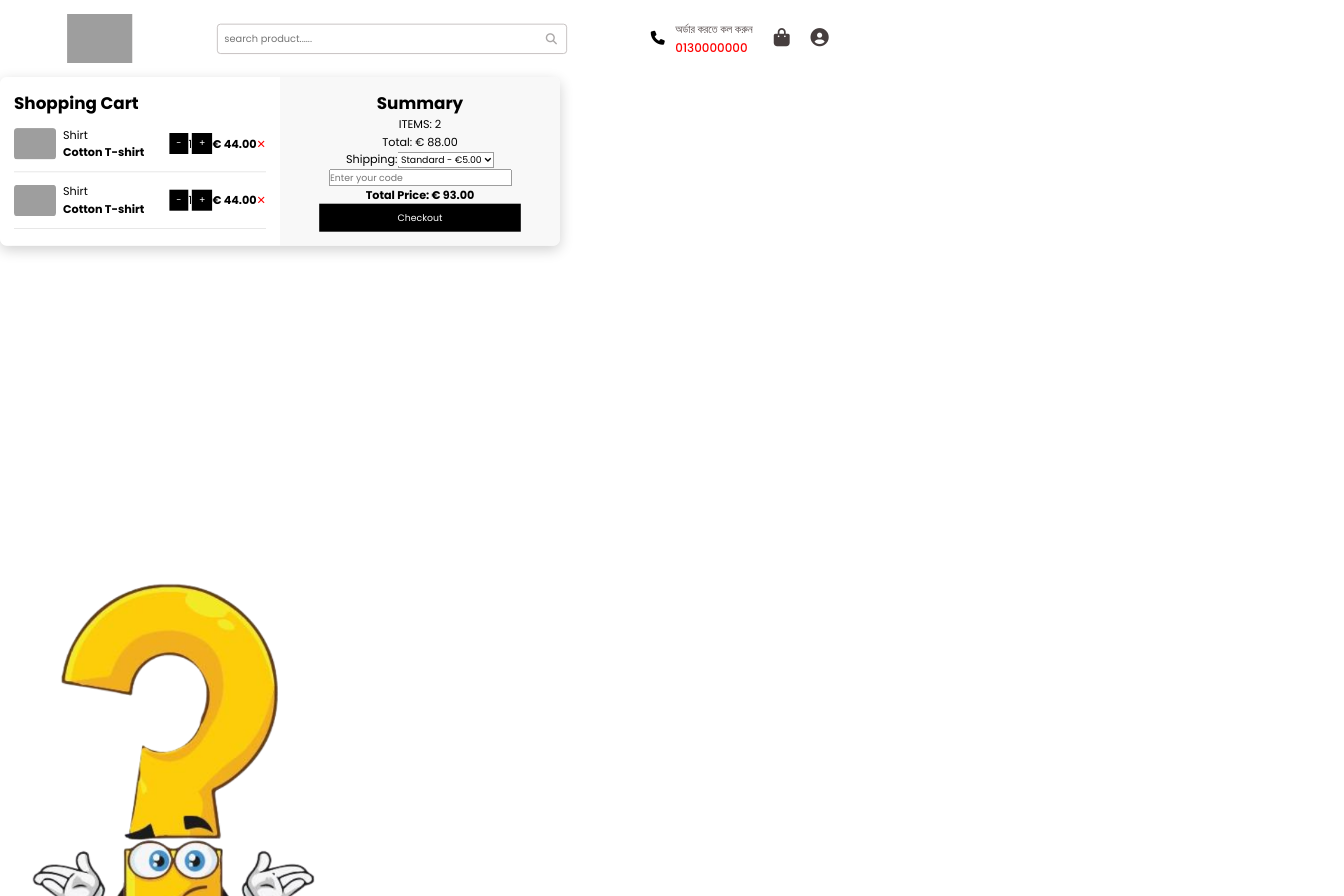
Repository: saifscripts/accessories-mart
Page: /cart
An editor plug-in stored every save of this project. The page is shown before and after the next save, followed by the edit.
The browser window is 1280 px wide. The page is 3000 px wide, so the pictures cover 1920 px, including what lies to the right of the window. The pictures show the part of the page from y = 0 to 1280 px (the page is 7972 px tall), at 70% of full size.
Pictures or frames that could not be fetched are drawn as grey boxes. The page's requests for data from a server got no answer. The project was rebuilt for these pictures with package versions that can differ from the ones it lists, and the page was loaded fresh each time. No one was signed in, and anything a server would have sent is missing. Also part of the build but not shown: vite.config.js, src/App.jsx, src/components/Hero.jsx, src/components/Products.jsx, src/components/Loader.jsx, src/components/ProductSection.jsx, src/components/ProductsByClass.jsx, src/pages/Home.jsx and 2 more. Imported but missing from the stored project, and not drawn on this page: src/context/CartContext.

Above is the page before, as saved 2025-03-17 01:51:05.

### index.html
<!doctype html>
<html lang="en">

<head>
  <meta charset="UTF-8" />
  <link rel="icon" type="image/svg+xml" href="logo.png" />
  <meta name="viewport" content="width=device-width, initial-scale=1.0" />
  <title>ভাই দাম কত ?</title>
  <!-- Carousel -->
  <link rel="stylesheet" href="https://cdnjs.cloudflare.com/ajax/libs/OwlCarousel2/2.3.4/assets/owl.carousel.min.css"
    integrity="sha512-tS3S5qG0BlhnQROyJXvNjeEM4UpMXHrQfTGmbQ1gKmelCxlSEBUaxhRBj/EFTzpbP4RVSrpEikbmdJobCvhE3g=="
    crossorigin="anonymous" referrerpolicy="no-referrer" />
  <link rel="stylesheet"
    href="https://cdnjs.cloudflare.com/ajax/libs/OwlCarousel2/2.3.4/assets/owl.theme.default.min.css"
    integrity="sha512-sMXtMNL1zRzolHYKEujM2AqCLUR9F2C4/05cdbxjjLSRvMQIciEPCQZo++nk7go3BtSuK9kfa/s+a4f4i5pLkw=="
    crossorigin="anonymous" referrerpolicy="no-referrer" />
  <!-- === font-awesome icon CDN === -->
  <link rel="stylesheet" href="https://cdnjs.cloudflare.com/ajax/libs/font-awesome/6.7.2/css/all.min.css"
    integrity="sha512-Evv84Mr4kqVGRNSgIGL/F/aIDqQb7xQ2vcrdIwxfjThSH8CSR7PBEakCr51Ck+w+/U6swU2Im1vVX0SVk9ABhg=="
    crossorigin="anonymous" referrerpolicy="no-referrer" />
</head>

<body>
  <div id="root"></div>
  <script type="module" src="/src/main.jsx"></script>
  <!-- =======Jquery ======== -->
  <script src="https://cdnjs.cloudflare.com/ajax/libs/jquery/3.7.1/jquery.min.js"
    integrity="sha512-v2CJ7UaYy4JwqLDIrZUI/4hqeoQieOmAZNXBeQyjo21dadnwR+8ZaIJVT8EE2iyI61OV8e6M8PP2/4hpQINQ/g=="
    crossorigin="anonymous" referrerpolicy="no-referrer"></script>

</body>

</html>

### src/main.jsx
import { StrictMode } from 'react'
import { createRoot } from 'react-dom/client'
import './index.css'
import App from './App.jsx'
import {
  createBrowserRouter,
  RouterProvider,
} from "react-router-dom";
import Home from './pages/Home.jsx';
import Single from './pages/Single.jsx';
import MainLayout from './layout/MainLayout.jsx';
import ScrollToTop from './components/ScrollToTop.jsx';
import Cart from './pages/Cart.jsx';

const router = createBrowserRouter([
  {
    path: "/",
    element: <MainLayout />,
    children: [
      {
        path: "/",
        element: <Home />,
      },
      {
        path: "/single/:id",
        element: <Single />,
      },
      {
        path: "/cart",
        element: <Cart />,
      }
    ]
  },
]);

createRoot(document.getElementById('root')).render(
  <StrictMode>
    <RouterProvider router={router} />
  </StrictMode>,
)

### src/index.css
@import url('https://fonts.googleapis.com/css2?family=Hind+Siliguri:wght@300;400;500;600;700&family=Inter:ital,opsz,wght@0,14..32,100..900;1,14..32,100..900&display=swap');

@import url('https://fonts.googleapis.com/css2?family=Poppins:ital,wght@0,100;0,200;0,300;0,400;0,500;0,600;0,700;0,800;0,900;1,100;1,200;1,300;1,400;1,500;1,600;1,700;1,800;1,900&display=swap');

* {
  margin: 0;
  padding: 0;
  box-sizing: border-box;
  /*     font-family: "Hind Siliguri", serif; */
  font-family: "Poppins", serif;
}

ul {
  list-style-type: none;
}

a {
  text-decoration: none;
}

header {
  width: 100%;
  display: flex;
  justify-content: space-around;
  align-items: center;
  background-color: rgba(255, 255, 255, 0.125);
}

.ar-headerContainer {
  width: 85%;
  display: flex;
  justify-content: space-between;
  align-items: center;
  padding: 20px 0 20px 0;
}

.ar-headerLogo a {
  background: #aba8a8;
  display: flex;
  justify-content: start;
  height: 70px;
}

/* ===input style=== */
.ar-Search {
  display: flex;
  align-items: center;


}

.ar-Search i {
  color: #aba8a8;
}

.ar-search-icon a i {
  margin-left: -30px;
}

.ar-Search input {
  width: 500px;
  padding: 10px;
  border: 1px solid rgb(176, 169, 169);
  font-size: 14px;
  border-radius: 5px;
}

/* === MOBILE RESPONSIVE === */
@media(max-width: 768px) {
  header {
    width: 100%;
    display: flex;
    justify-content: center;
    align-items: center;
    background-color: rgba(255, 255, 255, 0.125);
  }

  .ar-headerContainer {
    width: 95%;
    display: flex;
    justify-content: space-between;
    align-items: center;
    padding: 2px 0 2px 0;
  }

  .ar-headerLogo a {
    height: 50px;
  }

  .ar-Search {
    width: 250px;
  }
}

/* === input style end === */

/* === contact style === */
.ar-contact {
  display: flex;
  justify-content: space-around;
  align-items: center;
  gap: 20px;
}

.contactPhone {
  display: flex;
  align-items: center;
  gap: 15px;
}

.ar-contactIcon i {
  font-size: 20px;

}

.ar-contact-container p {
  color: #524747;
  font-size: 16px;
  font-family: "Hind Siliguri", serif;
}

.ar-contact-container span {
  color: red;
  font-size: 17px;
  font-weight: 500;
}

.ar-cart i {
  font-size: 26px;
  margin-left: 10px;
  color: #463e3e;
}

/* === MOBILE RESPONSIVE === */
@media(max-width: 768px) {
  .ar-contact {
    display: flex;
    flex-direction: column;
    justify-content: flex-end;
    align-items: flex-end;
    gap: 0;
  }

  .ar-contactIcon i {
    display: none;
  }

  .ar-contact-container {
    text-align: end;
  }

  .ar-contact-container p {
    font-size: 15px;
    display: none;
  }

  .ar-contact-container span {
    font-size: 15px;
    display: none;
  }

  .ar-cart i {
    font-size: 16px;
  }

  .sh-add-slider-container a img {
    width: 100%;
  }
}

/* ===contact style end === */
.sh-add-slider-container img {
  width: 100%;
}



/* === SH PRODUCTS SLIDE MENU === */
.sh-products-menu-page-slider-section {
  width: 100%;
  display: flex;
  justify-content: center;
  background-color: #F5F6F7;
}

.sh-products-menu-page-slider-container {
  width: 85%;
  height: 100px;
  display: flex;
  align-items: center;
}

.item {
  width: 200px;
  height: 40px;
  display: flex;
  align-items: center;
  justify-content: center;
  border: 1px solid rgb(0, 0, 0, 0.1);
  background-color: white;
}

.item a {
  color: black;
  font-size: 16px;
}

/* === MOBILE RESPONSIVE === */
@media(max-width: 768px) {
  .sh-products-menu-page-slider-section {
    width: 100%;
    display: flex;
    justify-content: center;
  }

  .sh-products-menu-page-slider-container {
    width: 90%;
    display: flex;
    align-items: center;
  }

  .item {
    width: 150px;

  }

  .item a {
    font-size: 13px;
  }
}

/* === SH ALL PRODUCTS AND SEE MORE === */
.sh-all-productAndSee-text-section {
  width: 100%;
  display: flex;
  justify-content: center;
  background-color: #F5F6F7;
}

.sh-all-productAndSee-text-container {
  width: 85%;
  display: flex;
  justify-content: space-between;
  margin-top: 50px;
}

.sh-all-productAndSee-text-container h3 {
  font-size: 30px;
}

.sh-all-productAndSee-text-container a {
  width: 90px;
  height: 40px;
  display: flex;
  align-items: center;
  justify-content: center;
  background-color: white;
  border: 1px solid green;
  border-radius: 5px;
  color: green;
}

/* === MOBILE RESPONSIVE === */
@media(max-width: 768px) {
  .sh-all-productAndSee-text-section {
    width: 100%;
  }

  .sh-all-productAndSee-text-container {
    width: 95%;
    margin-top: 0;
  }
}

/* === SH DAIMOND PRODUCTS === */
.sh-daimond-section {
  width: 100%;
  display: flex;
  justify-items: center;
  justify-content: center;
  background: #F5F6F7;
  padding-top: 40px;
  padding-bottom: 40px;
}

/* === SH DAIMOND PRODUCT CONTAINER === */
.sh-daimond-product-container {
  width: 85%;
  gap: 20px;
  display: grid;
  grid-template-columns: auto auto auto auto;
}

.sh-daimond-product img {
  width: 100%;
  height: 100%;
}

/* === REPONSIVE FOR MOBILE === */
@media(max-width: 768px) {
  .sh-daimond-product-container {
    width: 95%;
    display: grid;
    grid-template-columns: auto auto;
    column-gap: 10px;
    row-gap: 10px;
  }
}

/* === SH DAIMOND CONTAINER === */
.sh-daimond-container {
  display: flex;
  justify-content: space-between;
  position: relative;
  flex-direction: column;
  width: 350px;
  min-height: 380px;
  min-height: 400px;
  background: white;
  border-radius: 10px;
  box-shadow: 3px 3px 5px 5px rgb(0, 0, 0, 0.1);
}

/* === SH DAIMOND PRODUCT IMAGE === */
.sh-daimond-product img {
  width: 100%;
  border-radius: 10px 10px 0 0;
}

/* === SH PRODUCT DISCOUNT PRICE === */
.sh-product-discount-price {
  width: 60px;
  display: flex;
  position: absolute;
  align-items: center;
  justify-content: center;
  border-radius: 50px;
  font-size: 16px;
  color: white;
  background: #DC3545;
  margin: 10px;
}

/* === SH PRODUCTS DETAILS === */
.sh-product-details {
  height: 120px;
  padding: 8px;
}

/* === SH PRODUCT NAME === */
.sh-product-name a h4 {
  font-size: 15px;
  font-weight: 400;
  color: black;
  line-height: 1.5em;
  height: 60px;
}

@media(max-width: 768px) {
  .sh-product-name a h4 {
    font-size: 14px;
  }

  .sh-product-details {
    height: 100px;
  }
}

/* === SH PRODUCTS PRICES === */
.sh-products-prices {
  display: flex;
  height: 30px;
  margin-top: 8px;
  gap: 10px;
}

/* === SH LESS PRICE === */
.sh-less-price p {
  font-size: 15px;
  color: #DC3545;
}

/* === SH REGULAR PRICE === */
.sh-regular-price p {
  font-size: 15px;
  color: gray;
  text-decoration: line-through;
}

@media(max-width: 768px) {
  .sh-less-price p {
    font-size: 14px;
  }

  .sh-regular-price p {
    font-size: 14px;
  }
}

/* === SH ORDER NOW BUTTON === */
.sh-order-korun-button {
  width: 100%;
  position: relative;
  display: flex;
  align-items: center;
  justify-content: center;
  border-radius: 0 0 10px 10px;
}

.sh-order-korun-button button {
  width: 100%;
  cursor: pointer;
}

.sh-btn-style {
  padding: 4px 10px;
  border: none;
}

.sh-btn-cartbg {
  border-radius: 0 0 0 10px;
  transition: all 0.3s ease-in-out;
  background: #FFBF00;
}

.sh-btn-cartbg:hover {
  background: #e7ae04;
}

.sh-btn-orderbg {
  border-radius: 0 0 10px 0;
  transition: all 0.3s ease-in-out;
  background: #FF7F50;
}

.sh-btn-orderbg:hover {
  background: #f3632e;
}

.sh-order-korun-button a {
  color: white;
  font-size: 16px;
  font-family: "Hind Siliguri", serif;
}

/* .sh-addcart::before{
    content: "";
    position: absolute;
    visibility: hidden;
    background: #34495e;
    margin-top: -40px;
    margin-left: -55px;
    padding: 6px 12px;
    border-radius: 3px;
    color: white;
    transition: visibility 0.3s ease, opacity 0.3s ease;
} */
/* .sh-addcart::before{
    content: "";
    position: absolute;
    visibility: hidden;
    background: #34495e;
    margin-top: -40px;
    margin-left: -55px;
    padding: 6px 12px;
    border-radius: 3px;
    color: white;
    transition: all 0.5s ease-in-out;
} */
/*  .sh-addcart{
    transition: all 0.5s ease-in-out;
 } */
.sh-btn-cartbg:hover::before {
  position: absolute;
  content: "Add to Cart";
  background-color: #34495e;
  visibility: visible;
  color: white;
  padding: 6px 12px;
  margin-top: -40px;
  margin-left: -40px;
  border-radius: 3px;
  opacity: 1;
}

/* === footer === */

.footer {
  width: 85%;
}

.footer-container {
  gap: 20px;
  display: flex;
  justify-content: space-between;
}

.footer-section h3 {
  font-size: 25px;
  margin-bottom: 10px;
}

.footer-section p,
.footer-section a {
  font-size: 14px;
  line-height: 25px;
  color: black;
  margin-bottom: 5px;
}

.footer-logo h1 {
  font-family: "Urbanist", serif;
  font-size: 40px;
}

.footer-bg {
  width: 100%;
  padding-bottom: 30px;
  padding-top: 50px;
  justify-items: center;
  background-color: white;
}

/* === MOBILE RESPONSIVE === */
/* === FOOTER === */
@media (max-width: 768px) {
  .footer {
    display: grid;
    width: 430px;
    padding-left: 20px;
  }

  .footer-container {
    display: grid;
  }

  .footer-section p,
  .footer-section a {
    font-size: 14px;
    line-height: 20px;
    color: black;
  }

  .footer-section h3 {
    font-size: 16px;
    margin-bottom: 5px;
  }

  .sh-order-korun-button a {
    font-size: 0.875em;
  }

  .sh-btn-cartbg:hover::before {
    position: absolute;
    content: "Add to Cart";
    background-color: #34495e;
    visibility: visible;
    color: white;
    font-size: 0.875em;
    padding: 6px;
    margin-top: -47px;
    margin-left: -32px;
    border-radius: 3px;
    opacity: 1;
  }

}

.sm-email-section {
  display: flex;
  margin-top: 20px;
}

.email-form {
  display: flex;
  flex-direction: column;
  gap: 10px;
}

.sm-email-section input {
  background-color: white;
  width: 318px;
  padding: 12px;
  border: 1px solid #ccc;
  border-radius: 4px;
}

.sm-email-section button {
  width: 100px;
  padding: 12px;
  background-color: black;
  color: #fff;
  border: none;
  border-radius: 4px;
  cursor: pointer;
}

.footer-bottom-content {
  display: flex;
  align-items: center;
  margin-top: 50px;
  justify-content: space-between;

}

/* Home-Slider */
.sh-add-slider-container {
  text-align: center;
  margin-bottom: 20px;
}

.sh-add-slider-container img {
  max-width: 100%;
  height: auto;
}

.slider-wrapper {
  overflow: hidden;
  width: 85%;
  /* 4 items * 210px width each */
  margin: auto;
  padding-bottom: 10px;
}

.slider-track {
  display: flex;
  transition: transform 0.5s ease-in-out;
}

.slider-item {
  min-width: 200px;
  text-align: center;
  background-color: white;
  padding: 10px;
  border-radius: 8px;
  box-shadow: 2px 4px 6px rgba(0, 0, 0, 0.1);
  margin-left: 10px;
  margin-right: 10px;
}

.hero-slider {
  margin-bottom: 50px;
}

/* Single Product Page */
.OrderProcessSection {
  width: 100%;
  background-color: #F5F6F7;
  display: flex;
  justify-content: center;
  margin-top: 0px;
  padding: 40px 0 40px 0;
}

.orderProcessContainer {
  width: 85%;
  display: flex;
  justify-content: space-between;
}

.productImage {
  display: flex;
  width: 35%;
  padding: 10px;
  border: 1px solid rgba(155, 153, 153, 0.258);
  background-color: #fff;
  border-radius: 5px;
  box-shadow: 5px 5px 40px 0.3px rgba(209, 208, 208, 0.221);
  height: 430px;
}

.productImage img {
  display: flex;
  width: 100%;
  border: 1px solid rgba(155, 153, 153, 0.258);
  border-radius: 5px;
  box-shadow: 5px 5px 40px 0.3px rgba(209, 208, 208, 0.221);
}

/* === MOBILE RESPONSIVE === */
@media(max-width: 768px) {
  .OrderProcessSection {
    width: 100%;
    display: flex;
    justify-content: center;
    margin-top: 30px;
    padding: 10px 10px 10px 10px;
  }

  .orderProcessContainer {
    width: 99%;
    display: flex;
    flex-direction: column;
    justify-content: center;
  }

  .productImage {
    width: 100%;
    padding: 10px;
    border: 1px solid rgba(155, 153, 153, 0.258);
    background-color: #fff;
    border-radius: 5px;
    box-shadow: 5px 5px 40px 0.3px rgba(209, 208, 208, 0.221);
    margin-bottom: 20px;
  }

  .productImage img {
    display: flex;
    width: 100%;
    border: 1px solid rgba(155, 153, 153, 0.258);
    border-radius: 5px;
    box-shadow: 5px 5px 40px 0.3px rgba(209, 208, 208, 0.221);
  }
}

/*=== productImage end === */

/*==== ar-productOrder ====*/

.ar-productOrder {
  width: 63%;
  border: 1px solid rgba(155, 153, 153, 0.258);
  background-color: #ffffff;
  border-radius: 5px;
  padding: 15px;
  box-shadow: 5px 5px 40px 0.3px rgba(209, 208, 208, 0.221);
}

.for-contact h1 {
  font-size: 27px;
  font-weight: 600;
  margin-bottom: 10px;
}

.for-contact strong {
  color: red;
  font-size: 25px;
  font-weight: 600;
}

.for-contact del {
  font-size: 23px;
  color: #818c97;
}

/* === orderBtn=== */
.orderBuy {
  display: flex;
  gap: 30px;
  margin-top: 20px;
}

.orderBuy a {
  width: 830px;
  display: flex;
  justify-content: center;
  align-items: center;
  height: 45px;
  font-size: 18px;
  border-radius: 5px;
  border: none;
  color: #ffff;
}


.callBtn button {
  width: 100%;
  height: 45px;
  margin-top: 10px;
  font-size: 18px;
  background-color: #0D6EFD;
  color: #ffff;
  border: none;
  border-radius: 5px;
}

/* === productCode===  */
.productCode {
  margin-top: 20px;
  font-size: 20px;
}

/* ===deliveryCause === */
.deliveryCause {
  margin-top: 50px;
}

.dhakaIn {
  display: flex;
  justify-content: space-between;
  font-size: 18px;
}

.dhakaOut {
  display: flex;
  justify-content: space-between;
  font-size: 18px;
}


/* === MOBILE RESPONSIVE === */
@media(max-width: 768px) {
  .ar-productOrder {
    width: 100%;
    border: 1px solid rgba(155, 153, 153, 0.258);
    background-color: #ffffff;
    border-radius: 5px;
    padding: 10px;
    box-shadow: 5px 5px 40px 0.3px rgba(209, 208, 208, 0.221);
  }

  .for-contact h1 {
    font-size: 20px;
    font-weight: 600;
    margin-bottom: 5px;
  }

  .for-contact strong {
    font-size: 20px;
    font-weight: 600;
  }

  .for-contact del {
    font-size: 20px;
    color: #818c97;
  }

  .orderBuy {
    display: flex;
    gap: 20px;
  }

  .orderBuy a {
    width: 50%;
    height: 45px;
    font-size: 18px;
    border-radius: 5px;
    border: none;
    color: #ffff;
  }

  .callBtn button {
    width: 100%;
    height: 45px;
    margin-top: 10px;
    font-size: 18px;
    background-color: #0D6EFD;
    color: #ffff;
    border: none;
    border-radius: 5px;
  }

  .productCode {
    margin-top: 10px;
    font-size: 18px;
  }

  .deliveryCause {
    margin-top: 20px;
  }
}





/*==== ar-productOrder end====*/






/* === discription === */

.discriptionContainer {
  width: 100%;
  background-color: #F5F6F7;
  display: flex;
  justify-content: center;
  padding-top: 50px;
  padding-bottom: 50px;
}

.descriptionSection {
  display: flex;
  justify-content: start;
  gap: 30px;
  width: 85%;
  line-height: 35px;
}

.discription {
  width: 100%;
  background-color: #DB991B;
  border-radius: 5px 5px 0px 0px;
}

.discription h1 {
  color: #ffffff;
  font-size: 18px;
  margin-left: 20px;

}

.mainDescription {
  background-color: #FFFFFF;
  padding: 20px;
}

.mainDescription p {
  font-size: 18px;
}

.mainDescription span {
  font-size: 18px;
}

/* === MOBILE DISCRIPTION === */
@media(max-width: 768px) {
  .discriptionContainer {
    width: 100%;
    background-color: #F5F6F7;
    display: flex;
    justify-content: center;
    margin-top: 20px;
  }

  .descriptionSection {
    display: flex;
    justify-content: start;
    width: 95%;
    line-height: 30px;
  }

  .mainDescription p {
    font-size: 15px;
  }
}


@media(max-width: 768px) {
  .footer-bottom {
    display: none;
  }

}

@media(max-width: 768px) {
  .sm-hide-for-mobile {
    display: none;
  }
}

@media(max-width: 768px) {
  .footer-bg {
    height: 100%;
    padding-top: 50px;
    margin-top: 60px;
  }
}


/* My Codes Updated */
.sh-daimond-section .sh-daimond-product img {
  height: 250px!important;
  padding: 30px;
}

/* Loader */
/* Fullscreen Loader */
.loader-container {
  position: fixed;
  top: 0;
  left: 0;
  width: 100%;
  height: 100vh;
  display: flex;
  flex-direction: column;
  justify-content: center;
  align-items: center;
  background: rgba(0, 0, 0, 0.8);
  color: white;
  font-size: 1.2rem;
  z-index: 1000;
}

/* Loader Animation */
.spinner {
  width: 50px;
  height: 50px;
  border: 6px solid #fff;
  border-top: 6px solid #3498db;
  border-radius: 50%;
  animation: spin 1s linear infinite;
  margin-bottom: 10px;
}

@keyframes spin {
  0% {
    transform: rotate(0deg);
  }

  100% {
    transform: rotate(360deg);
  }
}

/* Content Styling */
.content {
  padding: 20px;
  text-align: center;
}
/* Cart Page */
/* General Styles */
.cart-section {
  font-family: Arial, sans-serif;
  background: white;
  min-height: 100vh;
 margin: auto;
}

/* Two Column Layout */
.container {
  display: flex;
  width: 90%;
  max-width: 800px;
  background: white;
  box-shadow: 0 6px 20px rgba(0, 0, 0, 0.19);
  border-radius: 10px;
  overflow: hidden;
}

/* Columns */
.column {
  flex: 1;
  padding: 20px;
}

.column:first-child {
  background: white;
}

.column:last-child {
  background: #f8f8f8;
  text-align: center;
}

/* Cart Items */
.cart-item {
  display: flex;
  align-items: center;
  justify-content: space-between;
  border-bottom: 1px solid #ddd;
  padding: 15px 0;
}

.cart-item img {
  width: 60px;
  height: auto;
  border-radius: 5px;
}

.item-details {
  flex-grow: 1;
  margin-left: 10px;
}

.item-name {
  font-weight: bold;
}

.quantity {
  display: flex;
  align-items: center;
}

.quantity button {
  padding: 5px 10px;
  border: none;
  background: #000;
  color: white;
  cursor: pointer;
}

.price {
  font-weight: bold;
}

.remove {
  color: red;
  cursor: pointer;
}

/* Summary Section */
.summary select, .summary input {
  width: 80%;
  padding: 8px;
  margin: 10px 0;
  border: 1px solid #ccc;
}

button {
  background: #000;
  color: white;
  padding: 10px;
  border: none;
  cursor: pointer;
  width: 80%;
}

/* Responsive Design */
@media (max-width: 768px) {
  .container {
      flex-direction: column;
  }

  .column {
      width: 100%;
  }
}

### src/layout/MainLayout.jsx
import React from 'react';
import Header from '../components/Header';
import { Outlet } from 'react-router-dom';
import MainFooter from '../components/MainFooter';
import ScrollToTop from '../components/ScrollToTop';

const MainLayout = () => {
    return (
        <div>
            <Header />
            <ScrollToTop />
            <Outlet />
            <MainFooter />
        </div>
    );
};

export default MainLayout;

Loaded but not shown: src/components/ScrollToTop.jsx (common file); src/components/MainFooter.jsx (164 lines, source omitted); src/pages/Cart.jsx (56 lines, source omitted); src/components/Header.jsx (45 lines, source omitted); src/App.css (no stored copy; drawn as an empty file)

After the next save:
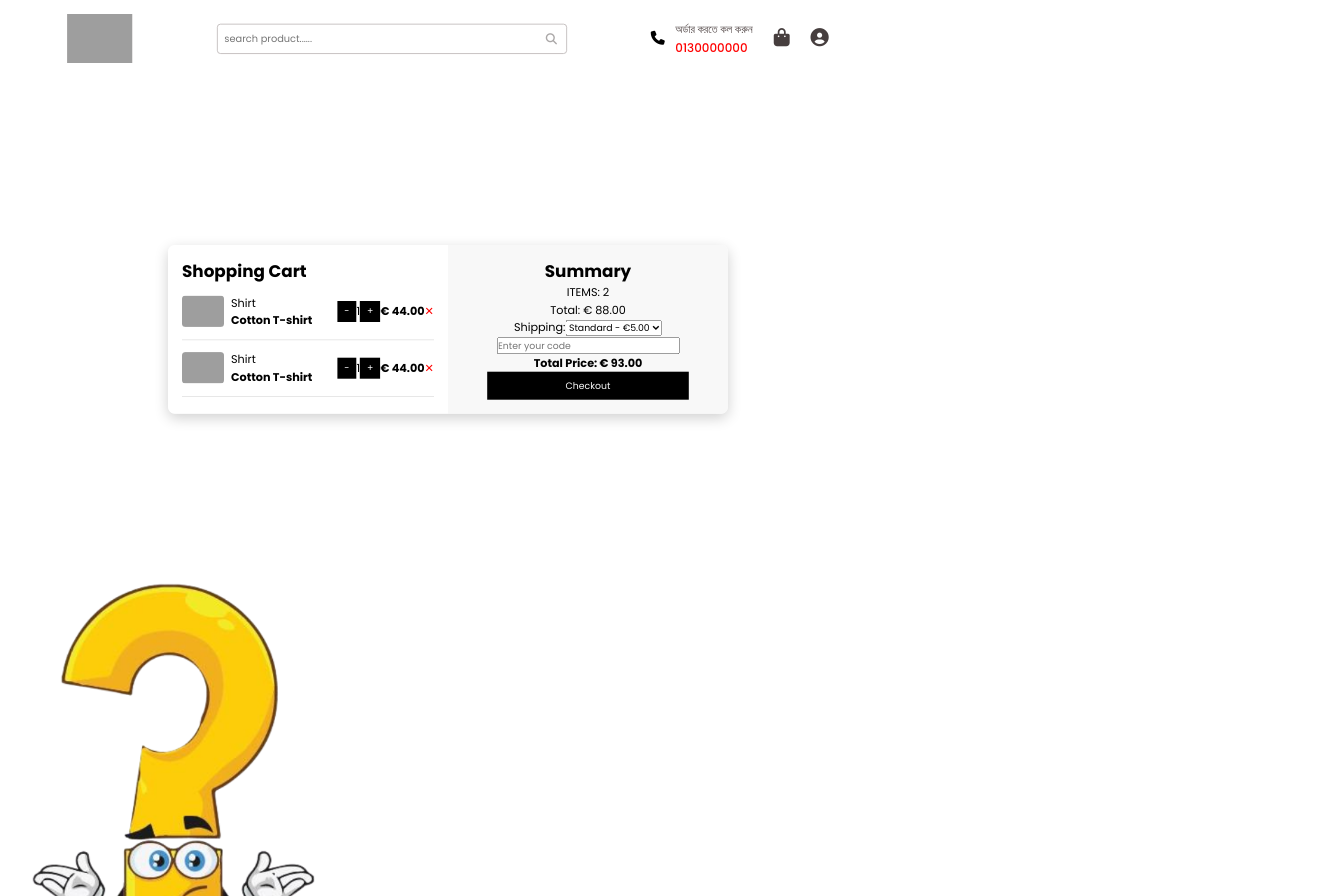
Saved 5 s later.
--- a/src/index.css
+++ b/src/index.css
@@ -1018,6 +1018,10 @@ header {
   background: white;
   min-height: 100vh;
  margin: auto;
+  padding: 20px;
+  display: flex;
+  justify-content: center;
+  align-items: center;
 }
 
 /* Two Column Layout */
